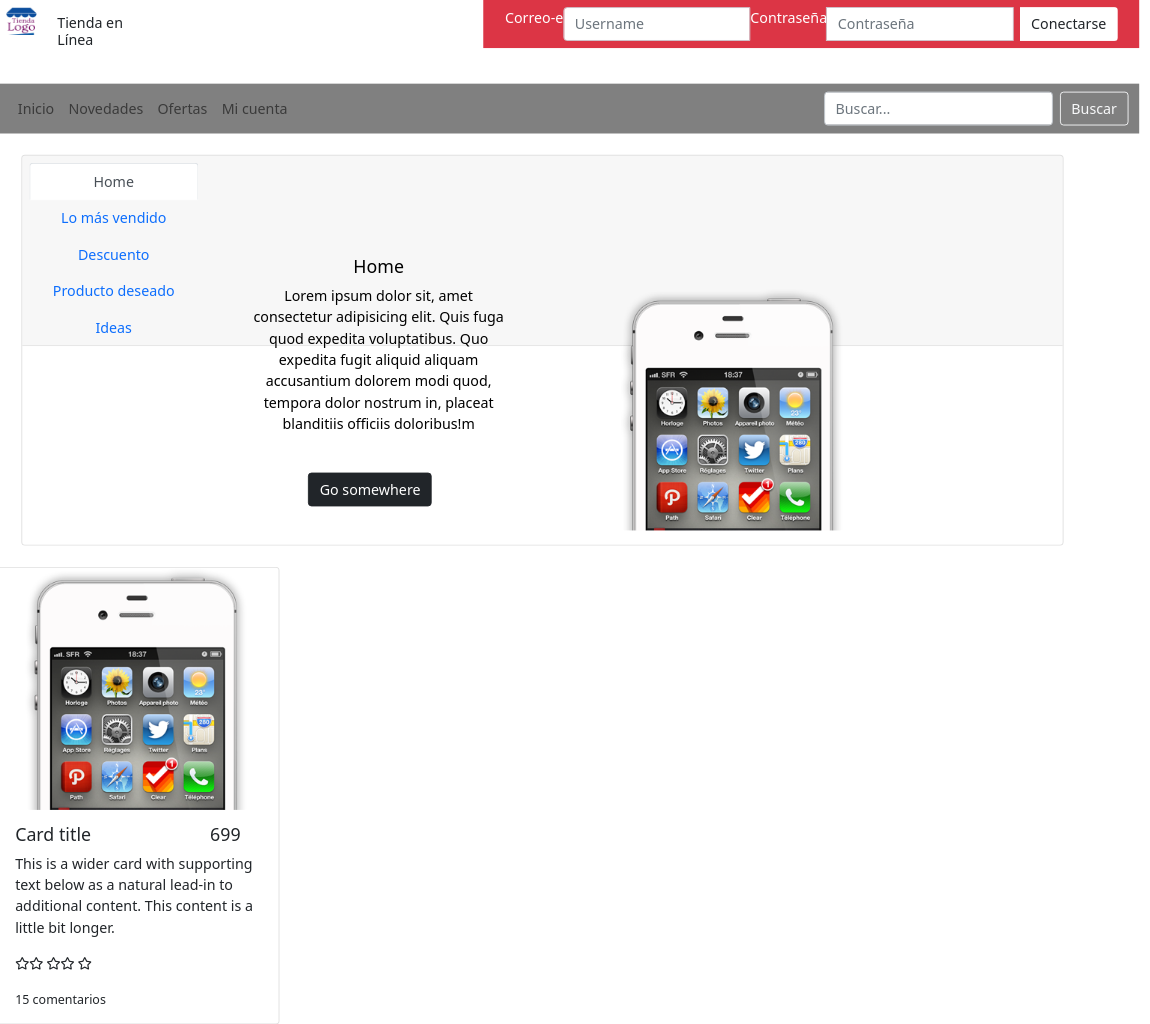
Repository: nicorp00/bootstrapSass
Page: Main/index.html
An editor plug-in stored every save of this project. The page is shown before and after the next save, followed by the edit.
The browser window is 1280 px wide. The page is 1292 px wide, so the pictures cover 1292 px, including what lies to the right of the window. The pictures show the whole page, at 89% of full size.
Some web libraries are served in a nearby version. The style sheet was rebuilt from its Sass, Less or Tailwind sources for each picture, by a compiler version that may differ from the author's.

Above is the page before, as saved 2022-03-25 12:03:48.

After the next save:
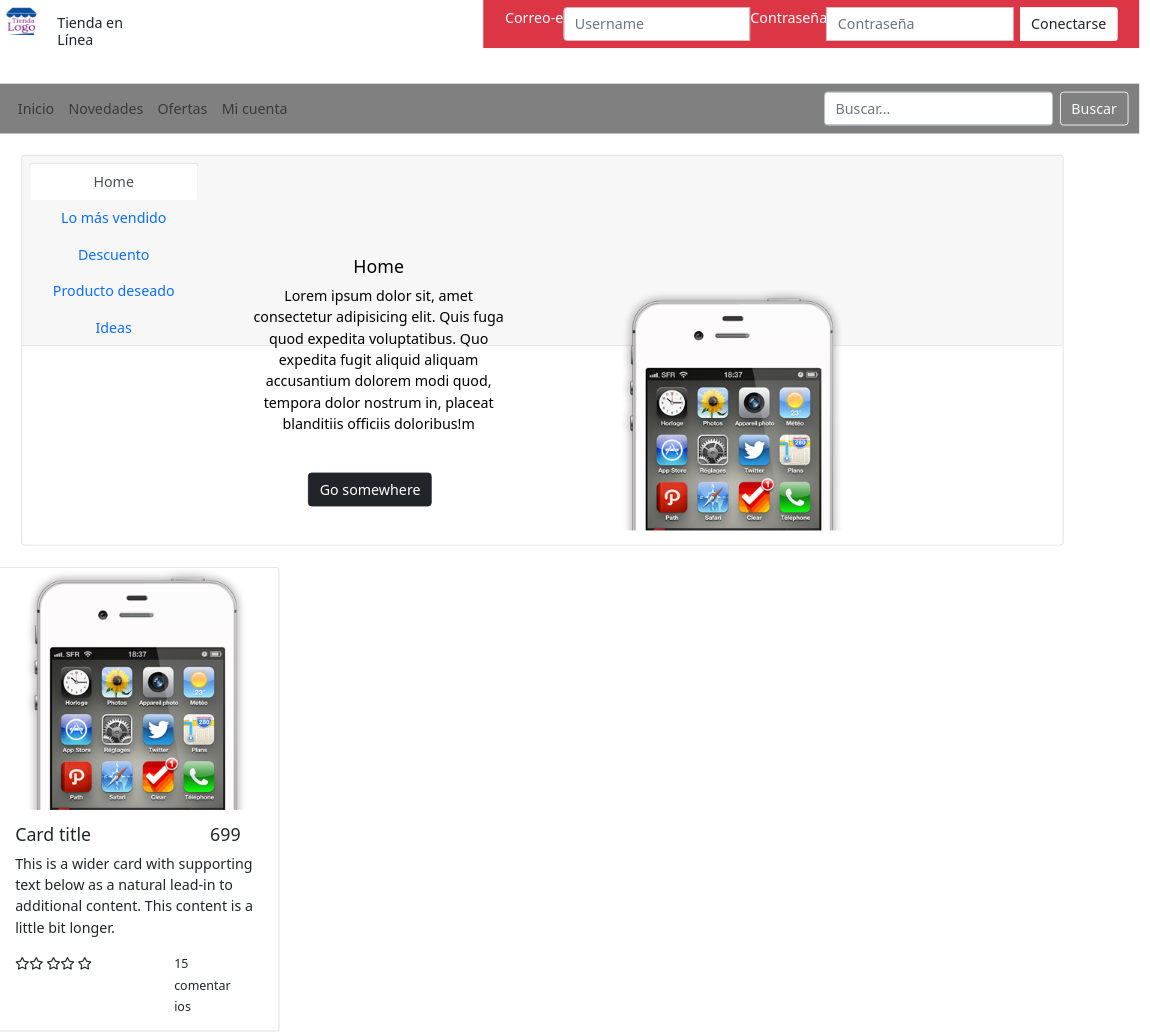
Saved 8 s later.
--- a/Main/index.html
+++ b/Main/index.html
@@ -151,7 +151,7 @@
                                                   <i class="far fa-star"></i>
               </small>
               </p>
-              <span class="card-text col4"><small class="">15 comentarios</small></span>
+              <span class="card-text col-4"><small class="">15 comentarios</small></span>
             </div>
           </div>
         </div>
